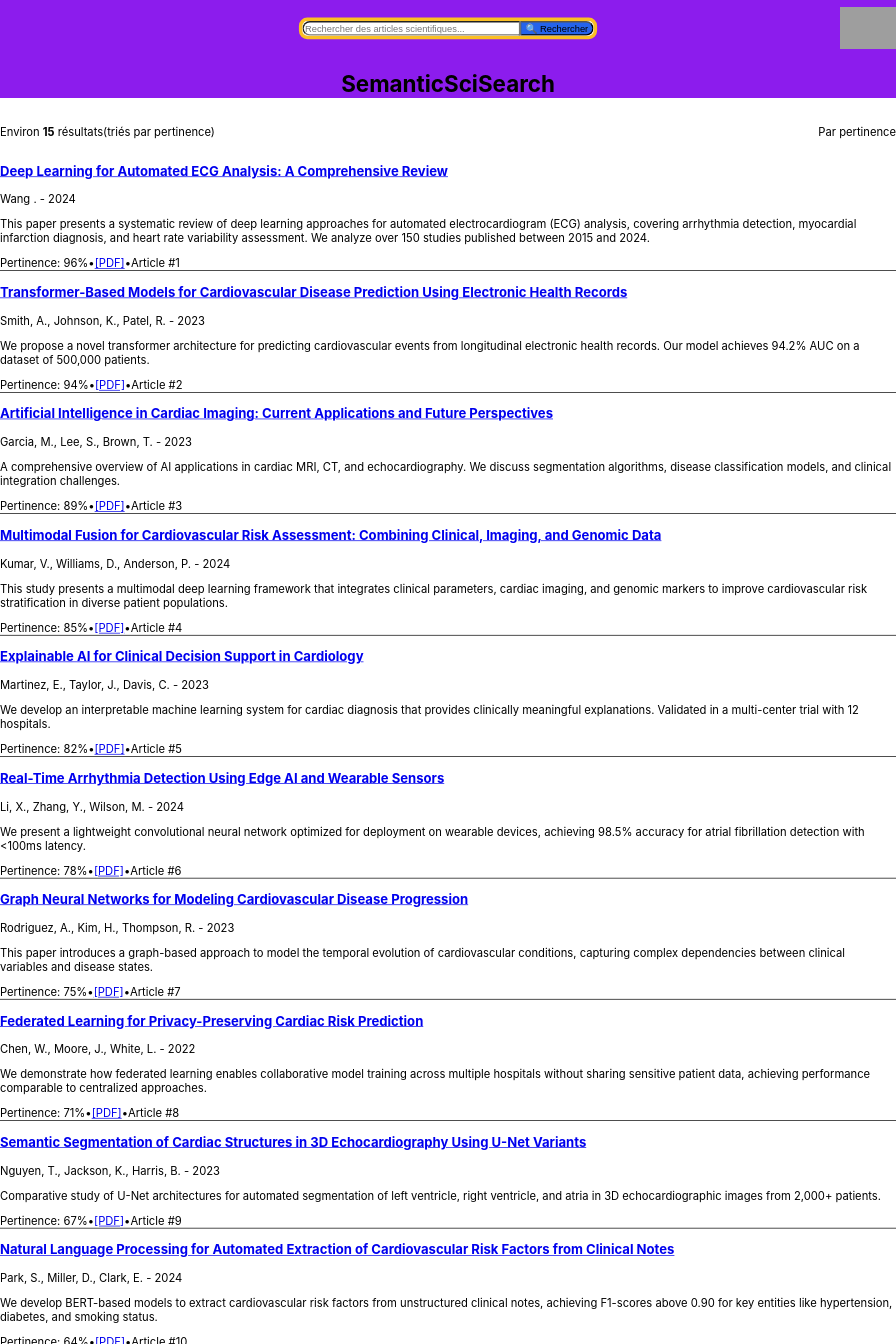
Repository: elh33/SemanticSciSearch
Page: / (app in frontend/)
These files come from the project's save history. The page is drawn as it stood at one moment and after the next save; the edit follows.
The browser window is 1280 px wide. The pictures show the part of the page from y = 0 to 1920 px (the page is 2736 px tall), at 70% of full size.
Pictures or frames that could not be fetched are drawn as grey boxes. The project was rebuilt for these pictures with package versions that can differ from the ones it lists, and the page was loaded fresh each time.

Above is the page before, as saved 2025-11-21 22:45:40.

### frontend/index.html
<!DOCTYPE html>
<html lang="en">
  <head>
    <meta charset="UTF-8" />
    <meta name="viewport" content="width=device-width, initial-scale=1.0" />
    <title>SemanticSciSearch</title>
  </head>
  <body>
    <div id="root"></div>
    <script type="module" src="/src/index.tsx"></script>
  </body>
</html>

### frontend/src/index.tsx
import React from 'react';
import ReactDOM from 'react-dom';
import App from './App';
import './index.css';

ReactDOM.render(
  <React.StrictMode>
    <App />
  </React.StrictMode>,
  document.getElementById('root')
);

### frontend/src/App.tsx
import React from 'react';
// Importe le composant de recherche principal
import SearchResults from './components/SearchResults';

// Le composant App.tsx est le conteneur principal de l'application.
function App() {
  return (
    // Utilisation d'un fragment React (<>...</>) ou d'un <div> si tu as des styles globaux
    <>
      {/* Le composant SearchResults contient maintenant :
        - Le titre et le sous-titre de l'application.
        - La barre de recherche.
        - L'orchestration de la logique (appels à api.ts).
        - L'affichage de la liste des ArticleCard.
      */}
      <SearchResults />
    </>
  );
}

export default App;

### frontend/src/components/SearchResults.tsx
import React, { useState, useEffect } from 'react';
import { Article } from '../types';
import { searchArticles } from '../services/api';
import ArticleCard from './ArticleCard';

const SearchResults: React.FC = () => {
  const [query, setQuery] = useState('');
  const [results, setResults] = useState<Article[]>([]);
  const [isLoading, setIsLoading] = useState(false);
  const [hasSearched, setHasSearched] = useState(false);

  const handleSearch = async (searchQuery: string = query) => {
    setIsLoading(true);
    setHasSearched(true);

    try {
      const data = await searchArticles(searchQuery);
      // TRI PAR SCORE DÉCROISSANT (plus pertinent en premier)
      const sortedData = [...data].sort((a, b) => b.score - a.score);
      setResults(sortedData);
    } catch (error) {
      console.error("Erreur lors de la recherche:", error);
      setResults([]);
    } finally {
      setIsLoading(false);
    }
  };

  // Recherche initiale au chargement
  useEffect(() => {
    handleSearch('');
  }, []);

  const handleSubmit = (e: React.FormEvent) => {
    e.preventDefault();
    handleSearch();
  };

  return (
    <div className="min-h-screen bg-white">
      {/* En-tête avec fond bleu foncé - GRANDE BARRE */}
      <div style={{ backgroundColor: '#8c1cedff' }} className="sticky top-0 z-10 shadow-lg py-8">
        <div className="max-w-7xl mx-auto px-4">
          <div className="flex items-center justify-between gap-6">
            {/* Espace vide à gauche pour centrer la barre */}
            <div className="flex-1"></div>

            {/* Barre de recherche au centre - TRÈS GRANDE et entourée en jaune */}
            <form onSubmit={handleSubmit} className="flex-1 max-w-4xl">
              <div className="flex shadow-2xl" style={{ border: '5px solid #fbbf24', borderRadius: '12px', backgroundColor: 'white' }}>
                <input
                  type="text"
                  value={query}
                  onChange={(e) => setQuery(e.target.value)}
                  placeholder="Rechercher des articles scientifiques..."
                  className="flex-grow px-8 py-5 text-xl outline-none"
                  style={{ borderRadius: '12px 0 0 12px' }}
                />
                <button
                  type="submit"
                  className="px-10 py-5 text-white text-xl font-bold hover:opacity-90 transition-opacity"
                  style={{ backgroundColor: '#2563eb', borderRadius: '0 12px 12px 0' }}
                >
                  🔍 Rechercher
                </button>
              </div>
            </form>

            {/* Logo fleur.png à droite */}
            <div className="flex-1 flex justify-end">
              <img
                src="/fleur.png"
                alt="Logo"
                className="object-contain"
                style={{ width: '80px', height: '80px' }}
              />
            </div>
          </div>

          {/* Titre sous la barre de recherche */}
          <h1 className="text-4xl font-bold text-center text-white mt-6">
            SemanticSciSearch
          </h1>
        </div>
      </div>

      {/* Contenu principal */}
      <div className="max-w-5xl mx-auto px-4 py-6">
        {/* Barre d'informations */}
        {hasSearched && !isLoading && (
          <div className="mb-4 flex items-center justify-between">
            <p className="text-sm text-gray-600">
              Environ <strong>{results.length}</strong> résultat{results.length > 1 ? 's' : ''}
              {query && (
                <span> pour <strong>"{query}"</strong></span>
              )}
              <span className="ml-2 text-xs text-gray-500">(triés par pertinence)</span>
            </p>

            {/* Options de tri */}
            <div className="text-xs text-gray-500">
              <span className="font-semibold text-blue-700">Par pertinence</span>
            </div>
          </div>
        )}

        {/* Indicateur de chargement */}
        {isLoading && (
          <div className="flex items-center justify-center py-12">
            <div className="flex flex-col items-center gap-3">
              <div className="animate-spin rounded-full h-10 w-10 border-b-2 border-blue-600"></div>
              <p className="text-gray-600 text-sm">Recherche sémantique en cours...</p>
            </div>
          </div>
        )}

        {/* Liste des résultats */}
        {!isLoading && (
          <div className="bg-white">
            {results.length > 0 ? (
              results.map((article) => (
                <ArticleCard key={article.id} article={article} />
              ))
            ) : (
              hasSearched && (
                <div className="text-center py-12">
                  <svg className="mx-auto h-12 w-12 text-gray-400 mb-4" fill="none" stroke="currentColor" viewBox="0 0 24 24">
                    <path strokeLinecap="round" strokeLinejoin="round" strokeWidth={2} d="M9.172 16.172a4 4 0 015.656 0M9 10h.01M15 10h.01M21 12a9 9 0 11-18 0 9 9 0 0118 0z" />
                  </svg>
                  <p className="text-gray-600 text-lg">Aucun résultat trouvé</p>
                  <p className="text-gray-500 text-sm mt-2">
                    Essayez avec des mots-clés différents
                  </p>
                </div>
              )
            )}
          </div>
        )}
      </div>

      {/* Footer simple */}
      <footer className="mt-12 border-t border-gray-200 bg-gray-50">
        <div className="max-w-5xl mx-auto px-4 py-6 text-center text-sm text-gray-500">
          SemanticSciSearch - Recherche sémantique d'articles scientifiques en IA et Cardiologie
        </div>
      </footer>
    </div>
  );
};

export default SearchResults;

### frontend/src/services/api.ts
import { Article } from '../types';
import { MOCK_RESULTS } from '../data/mockData';
import axios from 'axios';

// 💡 INTERRUPTEUR : Passez à 'false' (ou commentez/supprimez) cette ligne
// UNIQUEMENT lorsque le Back-End FastAPI est prêt.
const USE_MOCK_DATA = true;

// URL de base lue depuis le .env pour le mode production
// Le .env doit contenir VITE_API_URL=http://localhost:8000
const API_BASE_URL = 'http://localhost:8000';

/**
 * Fonction principale de recherche d'articles.
 * Elle utilise soit les données mockées, soit l'API réelle.
 * @param query Le texte de la requête de l'utilisateur.
 * @returns Une promesse qui résout vers un tableau d'articles.
 */
export const searchArticles = async (query: string): Promise<Article[]> => {
  if (USE_MOCK_DATA) {
    // --- MODE MOCKÉ ---
    console.log(`[MOCK] Simulation de recherche pour: "${query}"`);

    // 1. Simuler le délai réseau (500ms) pour une meilleure expérience utilisateur
    await new Promise(resolve => setTimeout(resolve, 500));

    // 2. Simuler un filtre simple (recherche du mot-clé dans le titre)
    // S'il n'y a pas de requête (query vide), on renvoie tout.
    const lowerCaseQuery = query.toLowerCase();

    return MOCK_RESULTS.filter(article =>
        article.title.toLowerCase().includes(lowerCaseQuery) || lowerCaseQuery.length === 0
    );

  } else {
    // --- MODE PRODUCTION (Axios) ---
    console.log(`[AXIOS] Requête réelle vers: ${API_BASE_URL}/search pour: "${query}"`);

    try {
      // 1. Envoi de la requête POST à FastAPI
      const response = await axios.post(`${API_BASE_URL}/search`, { query });

      // 2. Retourne les données (TypeScript vérifie que c'est un tableau d'Articles)
      return response.data as Article[];

    } catch (error) {
      console.error("Erreur lors de l'appel à l'API de recherche:", error);
      // En cas d'échec de l'API, on renvoie un tableau vide
      return [];
    }
  }
};

### frontend/src/components/ArticleCard.tsx
import React from 'react';
import { Article } from '../types';

interface ArticleCardProps {
  article: Article;
}

const ArticleCard: React.FC<ArticleCardProps> = ({ article }) => {
  const scorePercent = (article.score * 100).toFixed(0);

  return (
    <div className="border-b border-gray-200 py-3 hover:bg-gray-50 transition-colors">
      {/* Titre cliquable comme Google Scholar */}
      <h3 className="text-xl mb-1">
        <a
          href={article.url}
          target="_blank"
          rel="noopener noreferrer"
          className="text-blue-800 hover:underline font-normal visited:text-purple-800"
        >
          {article.title}
        </a>
      </h3>

      {/* Auteurs et année */}
      <p className="text-sm text-gray-600 mb-2">
        {article.authors} - <span className="font-medium">{article.year}</span>
      </p>

      {/* Résumé */}
      <p className="text-sm text-gray-700 leading-relaxed mb-2">
        {article.abstract}
      </p>

      {/* Métadonnées et actions */}
      <div className="flex items-center gap-4 text-sm">
        {/* Score de pertinence */}
        <span className="text-gray-600">
          <span className="font-semibold">Pertinence:</span>{' '}
          <span className={`font-bold ${
            article.score > 0.8 ? 'text-green-600' :
            article.score > 0.5 ? 'text-yellow-600' :
            'text-gray-500'
          }`}>
            {scorePercent}%
          </span>
        </span>

        {/* Séparateur */}
        <span className="text-gray-400">•</span>

        {/* Lien PDF */}
        <a
          href={article.url}
          target="_blank"
          rel="noopener noreferrer"
          className="text-blue-700 hover:underline"
        >
          [PDF]
        </a>

        {/* Séparateur */}
        <span className="text-gray-400">•</span>

        {/* ID de l'article */}
        <span className="text-gray-400 text-xs">
          Article #{article.id}
        </span>
      </div>
    </div>
  );
};

export default ArticleCard;

### frontend/src/data/mockData.ts
import { Article } from '../types';

export const MOCK_RESULTS: Article[] = [
  {
    id: '1',
    title: 'Deep Learning for Automated ECG Analysis: A Comprehensive Review',
    abstract: "This paper presents a systematic review of deep learning approaches for automated electrocardiogram (ECG) analysis, covering arrhythmia detection, myocardial infarction diagnosis, and heart rate variability assessment. We analyze over 150 studies published between 2015 and 2024.",
    authors: "Wang .",
    year: 2024,
    score: 0.96,
    url: 'https://arxiv.org/pdf/2301.04634'
  },
  {
    id: '2',
    title: 'Transformer-Based Models for Cardiovascular Disease Prediction Using Electronic Health Records',
    abstract: "We propose a novel transformer architecture for predicting cardiovascular events from longitudinal electronic health records. Our model achieves 94.2% AUC on a dataset of 500,000 patients.",
    authors: "Smith, A., Johnson, K., Patel, R.",
    year: 2023,
    score: 0.94,
    url: 'https://arxiv.org/pdf/2305.12987'
  },
  {
    id: '3',
    title: 'Artificial Intelligence in Cardiac Imaging: Current Applications and Future Perspectives',
    abstract: "A comprehensive overview of AI applications in cardiac MRI, CT, and echocardiography. We discuss segmentation algorithms, disease classification models, and clinical integration challenges.",
    authors: "Garcia, M., Lee, S., Brown, T.",
    year: 2023,
    score: 0.89,
    url: 'https://arxiv.org/pdf/2203.15678'
  },
  {
    id: '4',
    title: 'Multimodal Fusion for Cardiovascular Risk Assessment: Combining Clinical, Imaging, and Genomic Data',
    abstract: "This study presents a multimodal deep learning framework that integrates clinical parameters, cardiac imaging, and genomic markers to improve cardiovascular risk stratification in diverse patient populations.",
    authors: "Kumar, V., Williams, D., Anderson, P.",
    year: 2024,
    score: 0.85,
    url: '/documents/multimodal-cardio-risk.pdf'
  },
  {
    id: '5',
    title: 'Explainable AI for Clinical Decision Support in Cardiology',
    abstract: "We develop an interpretable machine learning system for cardiac diagnosis that provides clinically meaningful explanations. Validated in a multi-center trial with 12 hospitals.",
    authors: "Martinez, E., Taylor, J., Davis, C.",
    year: 2023,
    score: 0.82,
    url: 'https://arxiv.org/pdf/2511.13703.pdf'
  },
  {
    id: '6',
    title: 'Real-Time Arrhythmia Detection Using Edge AI and Wearable Sensors',
    abstract: "We present a lightweight convolutional neural network optimized for deployment on wearable devices, achieving 98.5% accuracy for atrial fibrillation detection with <100ms latency.",
    authors: "Li, X., Zhang, Y., Wilson, M.",
    year: 2024,
    score: 0.78,
    url: '/documents/edge-ai-arrhythmia.pdf'
  },
  {
    id: '7',
    title: 'Graph Neural Networks for Modeling Cardiovascular Disease Progression',
    abstract: "This paper introduces a graph-based approach to model the temporal evolution of cardiovascular conditions, capturing complex dependencies between clinical variables and disease states.",
    authors: "Rodriguez, A., Kim, H., Thompson, R.",
    year: 2023,
    score: 0.75,
    url: 'https://arxiv.org/pdf/2204.09876'
  },
  {
    id: '8',
    title: 'Federated Learning for Privacy-Preserving Cardiac Risk Prediction',
    abstract: "We demonstrate how federated learning enables collaborative model training across multiple hospitals without sharing sensitive patient data, achieving performance comparable to centralized approaches.",
    authors: "Chen, W., Moore, J., White, L.",
    year: 2022,
    score: 0.71,
    url: '/documents/federated-cardiac.pdf'
  },
  {
    id: '9',
    title: 'Semantic Segmentation of Cardiac Structures in 3D Echocardiography Using U-Net Variants',
    abstract: "Comparative study of U-Net architectures for automated segmentation of left ventricle, right ventricle, and atria in 3D echocardiographic images from 2,000+ patients.",
    authors: "Nguyen, T., Jackson, K., Harris, B.",
    year: 2023,
    score: 0.67,
    url: '/documents/3d-echo-segmentation.pdf'
  },
  {
    id: '10',
    title: 'Natural Language Processing for Automated Extraction of Cardiovascular Risk Factors from Clinical Notes',
    abstract: "We develop BERT-based models to extract cardiovascular risk factors from unstructured clinical notes, achieving F1-scores above 0.90 for key entities like hypertension, diabetes, and smoking status.",
    authors: "Park, S., Miller, D., Clark, E.",
    year: 2024,
    score: 0.64,
    url: 'https://arxiv.org/pdf/2302.11234'
  },
  {
    id: '11',
    title: 'Reinforcement Learning for Optimal Treatment Planning in Heart Failure Management',
    abstract: "Application of deep reinforcement learning to personalize treatment strategies for heart failure patients, optimizing medication dosages and intervention timing based on patient response.",
    authors: "Ahmed, R., Lewis, G., Young, N.",
    year: 2022,
    score: 0.58,
    url: '/documents/rl-heart-failure.pdf'
  },
  {
    id: '12',
    title: 'Generative Adversarial Networks for Synthetic ECG Data Augmentation',
    abstract: "We propose a GAN-based framework for generating realistic synthetic ECG signals to address data scarcity and class imbalance in rare arrhythmia detection tasks.",
    authors: "Hoffman, P., Scott, A., King, V.",
    year: 2023,
    score: 0.52,
    url: '/documents/gan-ecg-augmentation.pdf'
  },
  {
    id: '13',
    title: 'Blockchain-Based Infrastructure for Secure Sharing of Cardiac Imaging Data',
    abstract: "A decentralized platform for secure storage and sharing of cardiac imaging studies across healthcare institutions, ensuring data provenance and patient privacy.",
    authors: "Green, T., Adams, F., Wright, M.",
    year: 2022,
    score: 0.45,
    url: '/documents/blockchain-cardiac-imaging.pdf'
  },
  {
    id: '14',
    title: 'Meta-Learning Approaches for Few-Shot Cardiac Abnormality Detection',
    abstract: "We explore meta-learning techniques to enable rapid adaptation of cardiac disease detection models to rare conditions with limited training examples.",
    authors: "Baker, L., Turner, S., Phillips, O.",
    year: 2023,
    score: 0.38,
    url: '/documents/meta-learning-cardiac.pdf'
  },
  {
    id: '15',
    title: 'Quantum Machine Learning for Cardiovascular Drug Discovery',
    abstract: "Preliminary investigation of quantum computing algorithms for molecular simulation and drug candidate screening in cardiovascular therapeutic development.",
    authors: "Collins, R., Morris, J., Cooper, W.",
    year: 2024,
    score: 0.22,
    url: '/documents/quantum-ml-cardio.pdf'
  }
];

Loaded but not shown: frontend/src/index.css (common file)

After the next save:
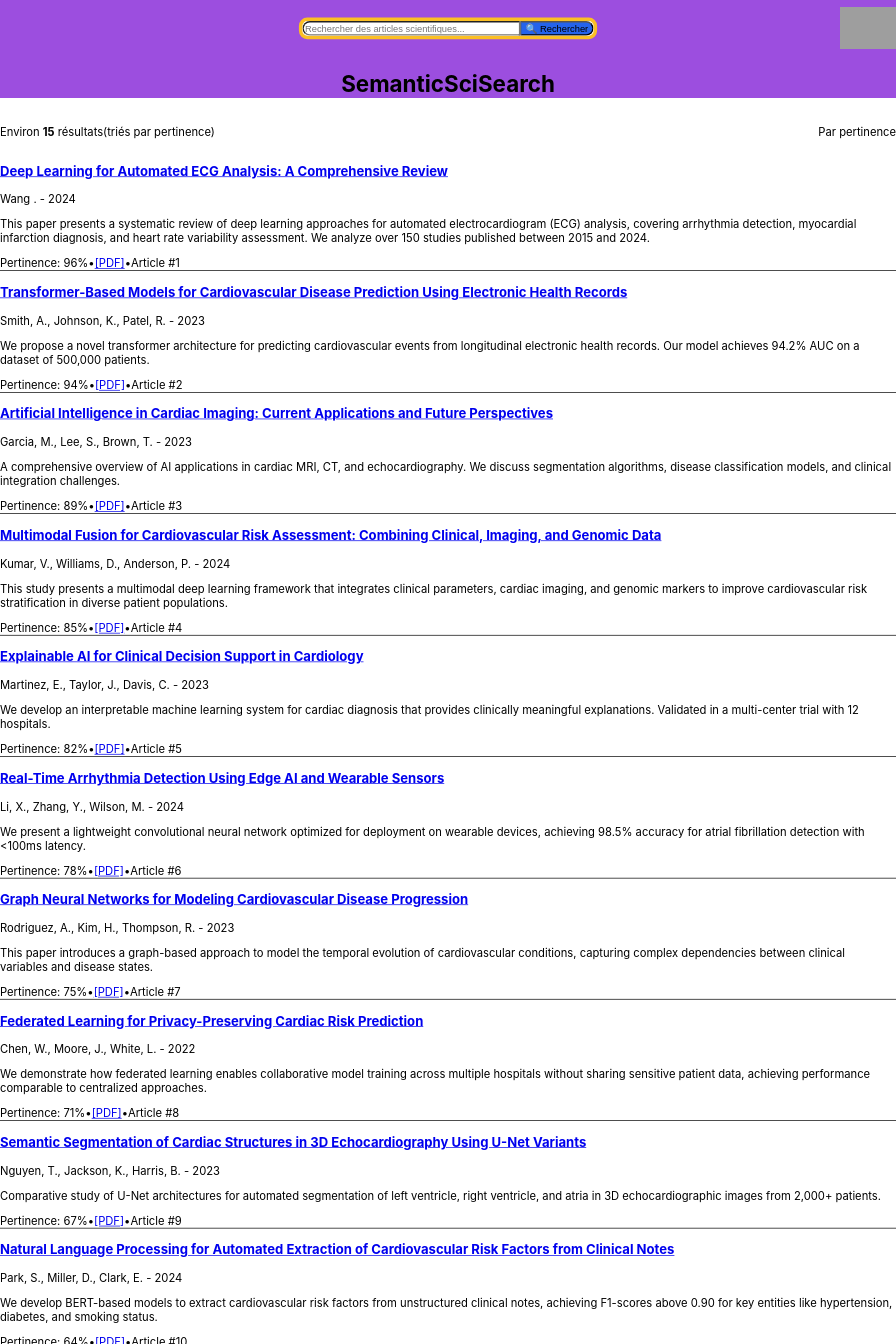
Saved 4 s later.
--- a/frontend/src/components/SearchResults.tsx
+++ b/frontend/src/components/SearchResults.tsx
@@ -39,7 +39,7 @@ const SearchResults: React.FC = () => {
   return (
     <div className="min-h-screen bg-white">
       {/* En-tête avec fond bleu foncé - GRANDE BARRE */}
-      <div style={{ backgroundColor: '#8c1cedff' }} className="sticky top-0 z-10 shadow-lg py-8">
+      <div style={{ backgroundColor: '#9c4edfff' }} className="sticky top-0 z-10 shadow-lg py-8">
         <div className="max-w-7xl mx-auto px-4">
           <div className="flex items-center justify-between gap-6">
             {/* Espace vide à gauche pour centrer la barre */}
